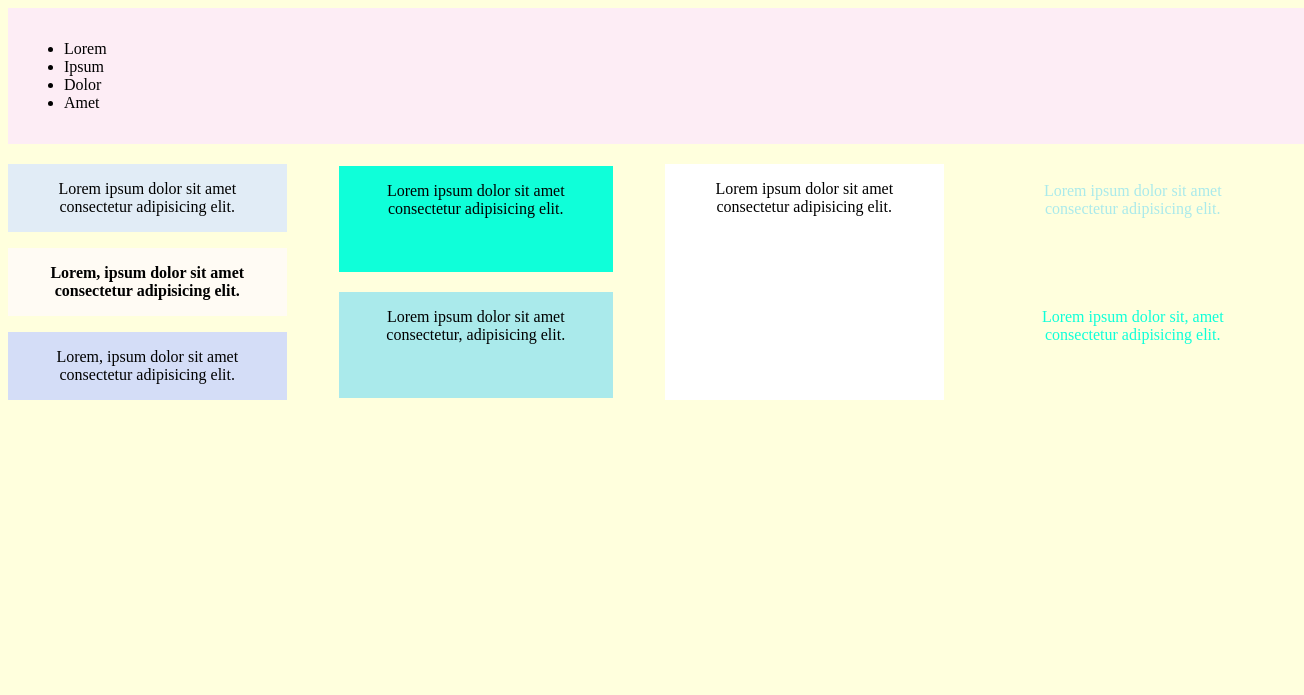
Repository: HTML-a-CSS-2/projekt-portfolio-Angelina555555
Page: .github/index.html
These files come from the project's save history. The page is drawn as it stood at one moment and after the next save; the edit follows.
The browser window is 1280 px wide. The page is 1304 px wide, so the pictures cover 1304 px, including what lies to the right of the window. The pictures show the whole page.

Above is the page before, as saved 2022-05-15 21:06:16.

### .github/index.html
<!DOCTYPE html>
<html lang="en">
  <head>
    <meta charset="UTF-8" />
    <meta http-equiv="X-UA-Compatible" content="IE=edge" />
    <meta name="viewport" content="width=device-width, initial-scale=1.0" />
    <link rel="stylesheet" href="default.css" />
    <title>Document</title>
  </head>
  <body>
    <div class="menu">
      <ul id="nav">
        <li>Lorem</li>
        <li>Ipsum</li>
        <li>Dolor</li>
        <li>Amet</li>
      </ul>
    </div>
    <div class="container">
      <div class="article">
        <div class="article__element-jeden article__element-jeden--blue">
          Lorem ipsum dolor sit amet consectetur adipisicing elit.
        </div>
        <div
          class="article__element-dva article__element-dva--pink article__element-dva--big"
        >
          Lorem, ipsum dolor sit amet consectetur adipisicing elit.
        </div>
        <div class="article__element-tri article__element-tri--purple">
          Lorem, ipsum dolor sit amet consectetur adipisicing elit.
        </div>
      </div>
      <div class="age">
        <div class="age__element-ctyri age__element-ctyri--green">
          Lorem ipsum dolor sit amet consectetur adipisicing elit.
        </div>
        <div class="age__element-pet age__element-pet--mint">
          Lorem ipsum dolor sit amet consectetur, adipisicing elit.
        </div>
      </div>
      <div class="leader">
        <div class="leader__element-sest leader__element-sest--padding-small">
          Lorem ipsum dolor sit amet consectetur adipisicing elit.
        </div>
      </div>
      <div class="blok-posledni">
        <div
          class="blok-posledni__element-osm blok-posledni__element-osm--mint"
        >
          Lorem ipsum dolor sit amet consectetur adipisicing elit.
        </div>
        <div
          class="blok-posledni__element-devet blok-posledni__element-devet--green"
        >
          Lorem ipsum dolor sit, amet consectetur adipisicing elit.
        </div>
      </div>
    </div>
  </body>
</html>

### .github/default.css
body {
  background-color: #ffffdd;
}
.container {
  display: grid;
  grid-template-columns: repeat(auto-fit, minmax(240px, 1fr));
  grid-template-rows: 1fr 1fr;
  gap: 20px 50px;
}
.menu {
  width: 100%;
  height: 20%;
  background-color: #fdedf5;
  padding: 1rem;
  font-size: 1rem;
  margin-bottom: 20px;
}

.article,
.age,
.leader,
.blok-posledni {
  display: flex;
  flex-wrap: wrap;
  text-align: center;
  gap: 1rem;
}
.article {
  grid-column: 1;
}

.article__element-jeden,
.article__element-dva,
.article__element-tri {
  display: flex;
  justify-content: center;
  align-items: center;
  padding: 1rem;
  font-size: 1rem;
}

.article__element-jeden--blue {
  background-color: #e1ecf6;
}
.article__element-dva--pink {
  background-color: #fffbf4;
}
.article__element-tri--purple {
  background-color: #d4ddf7;
}

.article__element-dva--big {
  font-weight: bold;
}

.age__element-ctyri,
.age__element-pet,
.leader__element-sest,
.blok-posledni__element-osm,
.blok-posledni__element-devet {
  padding: 1rem 1rem;
  margin: 2px;
  font-size: 1rem;
}

.age__element-ctyri--green {
  background-color: #0fffd9;
}
.age__element-pet--mint {
  background-color: #aaeaeb;
}
.leader {
  background-color: white;
}
.leader__element-sest--padding-small {
  padding: 0.9rem;
}
.blok-posledni__element-osm--mint {
  color: #aaeaeb;
}

.blok-posledni__element-devet--green {
  color: #0fffd9;
}

After the next save:
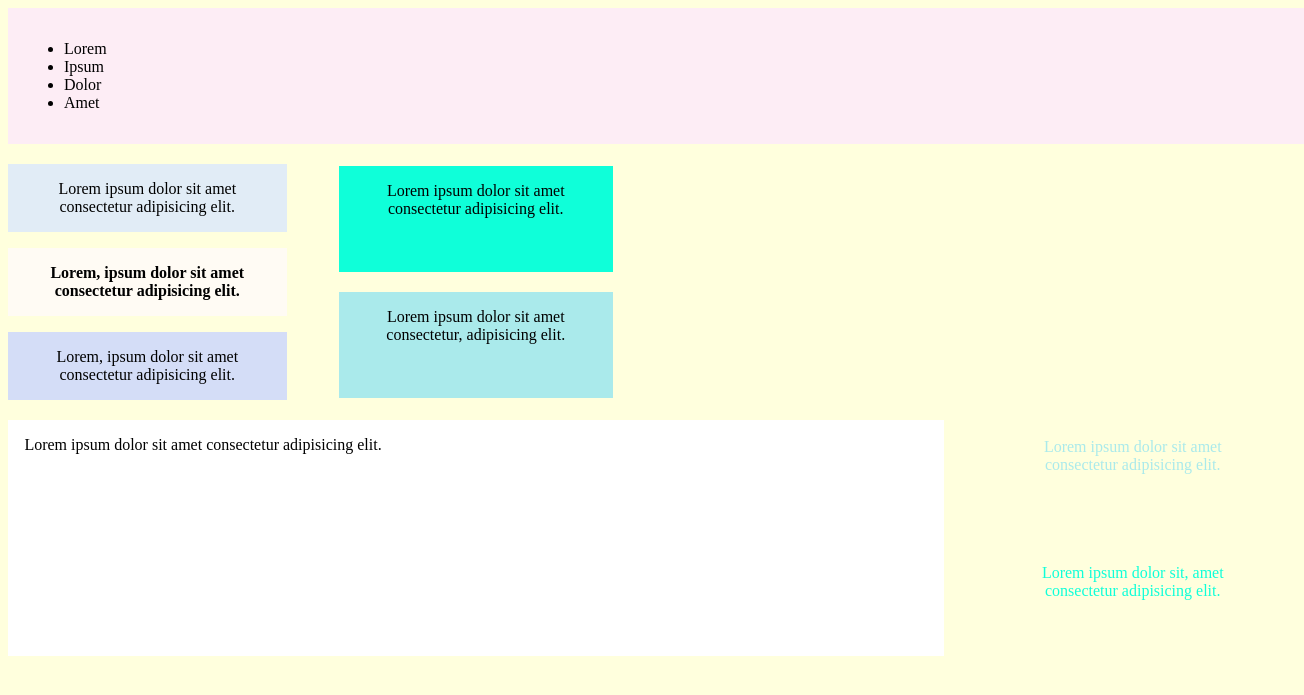
Saved 48 s later.
--- a/.github/default.css
+++ b/.github/default.css
@@ -28,7 +28,9 @@ body {
 .article {
   grid-column: 1;
 }
-
+.leader {
+  grid-column-end: span 3;
+}
 .article__element-jeden,
 .article__element-dva,
 .article__element-tri {
